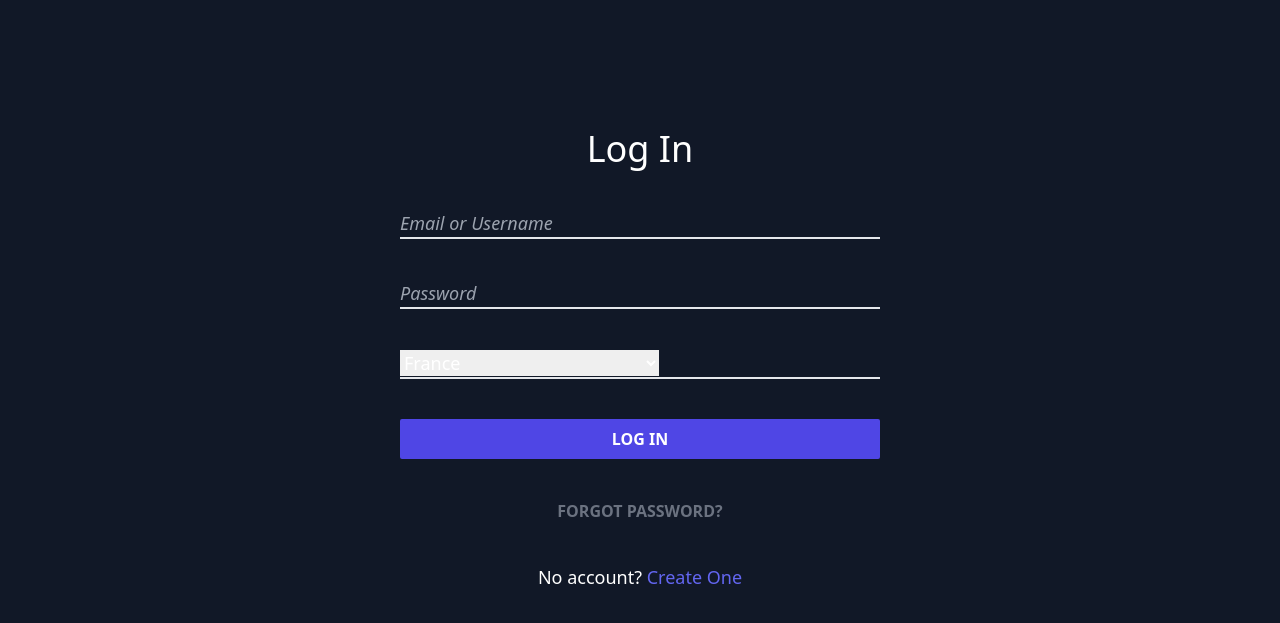
Repository: Marcos-MEDENOU/eclipse-workspace
Page: http://localhost/user_managment/ajout
These files come from the project's save history. The page is drawn as it stood at one moment and after the next save; the edit follows.
The browser window is 1280 px wide. The pictures show the whole page.
Some web libraries are served in a nearby version. The page is served by Tomcat 9. Other server files are loaded and not shown.

Above is the page before, as saved 2023-03-22 16:07:00.

### user_managment/src/main/webapp/WEB-INF/insertUser.jsp
<%@ page language="java" contentType="text/html; charset=ISO-8859-1"
    pageEncoding="ISO-8859-1"%>
<!DOCTYPE html>
<html>
<head>
<meta charset="ISO-8859-1">
<title>Insert title here</title>
</head>
<body>
<!-- page -->
<main
  class="mx-auto flex min-h-screen w-full items-center justify-center bg-gray-900 text-white"
>
  <!-- component -->
  <section class="flex w-[30rem] flex-col space-y-10">
    <div class="text-center text-4xl font-medium">Log In</div>

    <div
      class="w-full transform border-b-2 bg-transparent text-lg duration-300 focus-within:border-indigo-500"
    >
      <input
        type="text"
        placeholder="Email or Username"
        class="w-full border-none bg-transparent outline-none placeholder:italic focus:outline-none"
      />
    </div>

    <div
      class="w-full transform border-b-2 bg-transparent text-lg duration-300 focus-within:border-indigo-500"
    >
      <input
        type="password"
        placeholder="Password"
        class="w-full border-none bg-transparent outline-none placeholder:italic focus:outline-none"
      />
    </div>

 <div
      class="w-full transform border-b-2 bgblack text-lg duration-300 focus-within:border-indigo-500"
    >
      <select name="pays">
<option value="France" selected="selected">France </option>

<option value="Afghanistan">Afghanistan </option>
<option value="Afrique_Centrale">Afrique_Centrale </option>
<option value="Afrique_du_sud">Afrique_du_Sud </option>
<option value="Albanie">Albanie </option>
<option value="Algerie">Algerie </option>
<option value="Allemagne">Allemagne </option>
<option value="Andorre">Andorre </option>
<option value="Angola">Angola </option>
<option value="Anguilla">Anguilla </option>
<option value="Arabie_Saoudite">Arabie_Saoudite </option>
<option value="Argentine">Argentine </option>
<option value="Armenie">Armenie </option>
<option value="Australie">Australie </option>
<option value="Autriche">Autriche </option>
<option value="Azerbaidjan">Azerbaidjan </option>

<option value="Bahamas">Bahamas </option>
<option value="Bangladesh">Bangladesh </option>
<option value="Barbade">Barbade </option>
<option value="Bahrein">Bahrein </option>
<option value="Belgique">Belgique </option>
<option value="Belize">Belize </option>
<option value="Benin">Benin </option>
<option value="Bermudes">Bermudes </option>
<option value="Bielorussie">Bielorussie </option>
<option value="Bolivie">Bolivie </option>
<option value="Botswana">Botswana </option>
<option value="Bhoutan">Bhoutan </option>
<option value="Boznie_Herzegovine">Boznie_Herzegovine </option>
<option value="Bresil">Bresil </option>
<option value="Brunei">Brunei </option>
<option value="Bulgarie">Bulgarie </option>
<option value="Burkina_Faso">Burkina_Faso </option>
<option value="Burundi">Burundi </option>

<option value="Caiman">Caiman </option>
<option value="Cambodge">Cambodge </option>
<option value="Cameroun">Cameroun </option>
<option value="Canada">Canada </option>
<option value="Canaries">Canaries </option>
<option value="Cap_vert">Cap_Vert </option>
<option value="Chili">Chili </option>
<option value="Chine">Chine </option>
<option value="Chypre">Chypre </option>
<option value="Colombie">Colombie </option>
<option value="Comores">Colombie </option>
<option value="Congo">Congo </option>
<option value="Congo_democratique">Congo_democratique </option>
<option value="Cook">Cook </option>
<option value="Coree_du_Nord">Coree_du_Nord </option>
<option value="Coree_du_Sud">Coree_du_Sud </option>
<option value="Costa_Rica">Costa_Rica </option>
<option value="Cote_d_Ivoire">Côte_d_Ivoire </option>
<option value="Croatie">Croatie </option>
<option value="Cuba">Cuba </option>

<option value="Danemark">Danemark </option>
<option value="Djibouti">Djibouti </option>
<option value="Dominique">Dominique </option>

<option value="Egypte">Egypte </option>
<option value="Emirats_Arabes_Unis">Emirats_Arabes_Unis </option>
<option value="Equateur">Equateur </option>
<option value="Erythree">Erythree </option>
<option value="Espagne">Espagne </option>
<option value="Estonie">Estonie </option>
<option value="Etats_Unis">Etats_Unis </option>
<option value="Ethiopie">Ethiopie </option>

<option value="Falkland">Falkland </option>
<option value="Feroe">Feroe </option>
<option value="Fidji">Fidji </option>
<option value="Finlande">Finlande </option>
<option value="France">France </option>

<option value="Gabon">Gabon </option>
<option value="Gambie">Gambie </option>
<option value="Georgie">Georgie </option>
<option value="Ghana">Ghana </option>
<option value="Gibraltar">Gibraltar </option>
<option value="Grece">Grece </option>
<option value="Grenade">Grenade </option>
<option value="Groenland">Groenland </option>
<option value="Guadeloupe">Guadeloupe </option>
<option value="Guam">Guam </option>
<option value="Guatemala">Guatemala</option>
<option value="Guernesey">Guernesey </option>
<option value="Guinee">Guinee </option>
<option value="Guinee_Bissau">Guinee_Bissau </option>
<option value="Guinee equatoriale">Guinee_Equatoriale </option>
<option value="Guyana">Guyana </option>
<option value="Guyane_Francaise ">Guyane_Francaise </option>

<option value="Haiti">Haiti </option>
<option value="Hawaii">Hawaii </option>
<option value="Honduras">Honduras </option>
<option value="Hong_Kong">Hong_Kong </option>
<option value="Hongrie">Hongrie </option>

<option value="Inde">Inde </option>
<option value="Indonesie">Indonesie </option>
<option value="Iran">Iran </option>
<option value="Iraq">Iraq </option>
<option value="Irlande">Irlande </option>
<option value="Islande">Islande </option>
<option value="Israel">Israel </option>
<option value="Italie">italie </option>

<option value="Jamaique">Jamaique </option>
<option value="Jan Mayen">Jan Mayen </option>
<option value="Japon">Japon </option>
<option value="Jersey">Jersey </option>
<option value="Jordanie">Jordanie </option>

<option value="Kazakhstan">Kazakhstan </option>
<option value="Kenya">Kenya </option>
<option value="Kirghizstan">Kirghizistan </option>
<option value="Kiribati">Kiribati </option>
<option value="Koweit">Koweit </option>

<option value="Laos">Laos </option>
<option value="Lesotho">Lesotho </option>
<option value="Lettonie">Lettonie </option>
<option value="Liban">Liban </option>
<option value="Liberia">Liberia </option>
<option value="Liechtenstein">Liechtenstein </option>
<option value="Lituanie">Lituanie </option>
<option value="Luxembourg">Luxembourg </option>
<option value="Lybie">Lybie </option>

<option value="Macao">Macao </option>
<option value="Macedoine">Macedoine </option>
<option value="Madagascar">Madagascar </option>
<option value="Madère">Madère </option>
<option value="Malaisie">Malaisie </option>
<option value="Malawi">Malawi </option>
<option value="Maldives">Maldives </option>
<option value="Mali">Mali </option>
<option value="Malte">Malte </option>
<option value="Man">Man </option>
<option value="Mariannes du Nord">Mariannes du Nord </option>
<option value="Maroc">Maroc </option>
<option value="Marshall">Marshall </option>
<option value="Martinique">Martinique </option>
<option value="Maurice">Maurice </option>
<option value="Mauritanie">Mauritanie </option>
<option value="Mayotte">Mayotte </option>
<option value="Mexique">Mexique </option>
<option value="Micronesie">Micronesie </option>
<option value="Midway">Midway </option>
<option value="Moldavie">Moldavie </option>
<option value="Monaco">Monaco </option>
<option value="Mongolie">Mongolie </option>
<option value="Montserrat">Montserrat </option>
<option value="Mozambique">Mozambique </option>

<option value="Namibie">Namibie </option>
<option value="Nauru">Nauru </option>
<option value="Nepal">Nepal </option>
<option value="Nicaragua">Nicaragua </option>
<option value="Niger">Niger </option>
<option value="Nigeria">Nigeria </option>
<option value="Niue">Niue </option>
<option value="Norfolk">Norfolk </option>
<option value="Norvege">Norvege </option>
<option value="Nouvelle_Caledonie">Nouvelle_Caledonie </option>
<option value="Nouvelle_Zelande">Nouvelle_Zelande </option>

<option value="Oman">Oman </option>
<option value="Ouganda">Ouganda </option>
<option value="Ouzbekistan">Ouzbekistan </option>

<option value="Pakistan">Pakistan </option>
<option value="Palau">Palau </option>
<option value="Palestine">Palestine </option>
<option value="Panama">Panama </option>
<option value="Papouasie_Nouvelle_Guinee">Papouasie_Nouvelle_Guinee </option>
<option value="Paraguay">Paraguay </option>
<option value="Pays_Bas">Pays_Bas </option>
<option value="Perou">Perou </option>
<option value="Philippines">Philippines </option>
<option value="Pologne">Pologne </option>
<option value="Polynesie">Polynesie </option>
<option value="Porto_Rico">Porto_Rico </option>
<option value="Portugal">Portugal </option>

<option value="Qatar">Qatar </option>

<option value="Republique_Dominicaine">Republique_Dominicaine </option>
<option value="Republique_Tcheque">Republique_Tcheque </option>
<option value="Reunion">Reunion </option>
<option value="Roumanie">Roumanie </option>
<option value="Royaume_Uni">Royaume_Uni </option>
<option value="Russie">Russie </option>
<option value="Rwanda">Rwanda </option>

<option value="Sahara Occidental">Sahara Occidental </option>
<option value="Sainte_Lucie">Sainte_Lucie </option>
<option value="Saint_Marin">Saint_Marin </option>
<option value="Salomon">Salomon </option>
<option value="Salvador">Salvador </option>
<option value="Samoa_Occidentales">Samoa_Occidentales</option>
<option value="Samoa_Americaine">Samoa_Americaine </option>
<option value="Sao_Tome_et_Principe">Sao_Tome_et_Principe </option>
<option value="Senegal">Senegal </option>
<option value="Seychelles">Seychelles </option>
<option value="Sierra Leone">Sierra Leone </option>
<option value="Singapour">Singapour </option>
<option value="Slovaquie">Slovaquie </option>
<option value="Slovenie">Slovenie</option>
<option value="Somalie">Somalie </option>
<option value="Soudan">Soudan </option>
<option value="Sri_Lanka">Sri_Lanka </option>
<option value="Suede">Suede </option>
<option value="Suisse">Suisse </option>
<option value="Surinam">Surinam </option>
<option value="Swaziland">Swaziland </option>
<option value="Syrie">Syrie </option>

<option value="Tadjikistan">Tadjikistan </option>
<option value="Taiwan">Taiwan </option>
<option value="Tonga">Tonga </option>
<option value="Tanzanie">Tanzanie </option>
<option value="Tchad">Tchad </option>
<option value="Thailande">Thailande </option>
<option value="Tibet">Tibet </option>
<option value="Timor_Oriental">Timor_Oriental </option>
<option value="Togo">Togo </option>
<option value="Trinite_et_Tobago">Trinite_et_Tobago </option>
<option value="Tristan da cunha">Tristan de cuncha </option>
<option value="Tunisie">Tunisie </option>
<option value="Turkmenistan">Turmenistan </option>
<option value="Turquie">Turquie </option>

<option value="Ukraine">Ukraine </option>
<option value="Uruguay">Uruguay </option>

<option value="Vanuatu">Vanuatu </option>
<option value="Vatican">Vatican </option>
<option value="Venezuela">Venezuela </option>
<option value="Vierges_Americaines">Vierges_Americaines </option>
<option value="Vierges_Britanniques">Vierges_Britanniques </option>
<option value="Vietnam">Vietnam </option>

<option value="Wake">Wake </option>
<option value="Wallis et Futuma">Wallis et Futuma </option>

<option value="Yemen">Yemen </option>
<option value="Yougoslavie">Yougoslavie </option>

<option value="Zambie">Zambie </option>
<option value="Zimbabwe">Zimbabwe </option>

</select>
    </div>
    <button
      class="transform rounded-sm bg-indigo-600 py-2 font-bold duration-300 hover:bg-indigo-400"
    >
      LOG IN
    </button>

    <a
      href="#"
      class="transform text-center font-semibold text-gray-500 duration-300 hover:text-gray-300"
      >FORGOT PASSWORD?</a
    >

    <p class="text-center text-lg">
      No account?
      <a
        href="#"
        class="font-medium text-indigo-500 underline-offset-4 hover:underline"
        >Create One</a
      >
    </p>
  </section>
  <script src="https://cdn.tailwindcss.com"></script>
</main>
</body>
</html>

### user_managment/src/main/java/bj/highfive/usermanagment/web/AddServlet.java
package bj.highfive.usermanagment.web;

import java.io.IOException;
import javax.servlet.ServletException;
import javax.servlet.http.HttpServlet;
import javax.servlet.http.HttpServletRequest;
import javax.servlet.http.HttpServletResponse;

/**
 * Servlet implementation class AddServlet
 */
public class AddServlet extends HttpServlet {
	private static final long serialVersionUID = 1L;

    /**
     * @see HttpServlet#HttpServlet()
     */
    public AddServlet() {
        super();
        // TODO Auto-generated constructor stub
    }

	/**
	 * @see HttpServlet#doGet(HttpServletRequest request, HttpServletResponse response)
	 */
	protected void doGet(HttpServletRequest request, HttpServletResponse response) throws ServletException, IOException {
		// TODO Auto-generated method stub
		request.getServletContext().getRequestDispatcher("/WEB-INF/insertUser.jsp").forward(request, response);
	}

	/**
	 * @see HttpServlet#doPost(HttpServletRequest request, HttpServletResponse response)
	 */
	protected void doPost(HttpServletRequest request, HttpServletResponse response) throws ServletException, IOException {
		// TODO Auto-generated method stub
		doGet(request, response);
	}

}

After the next save:
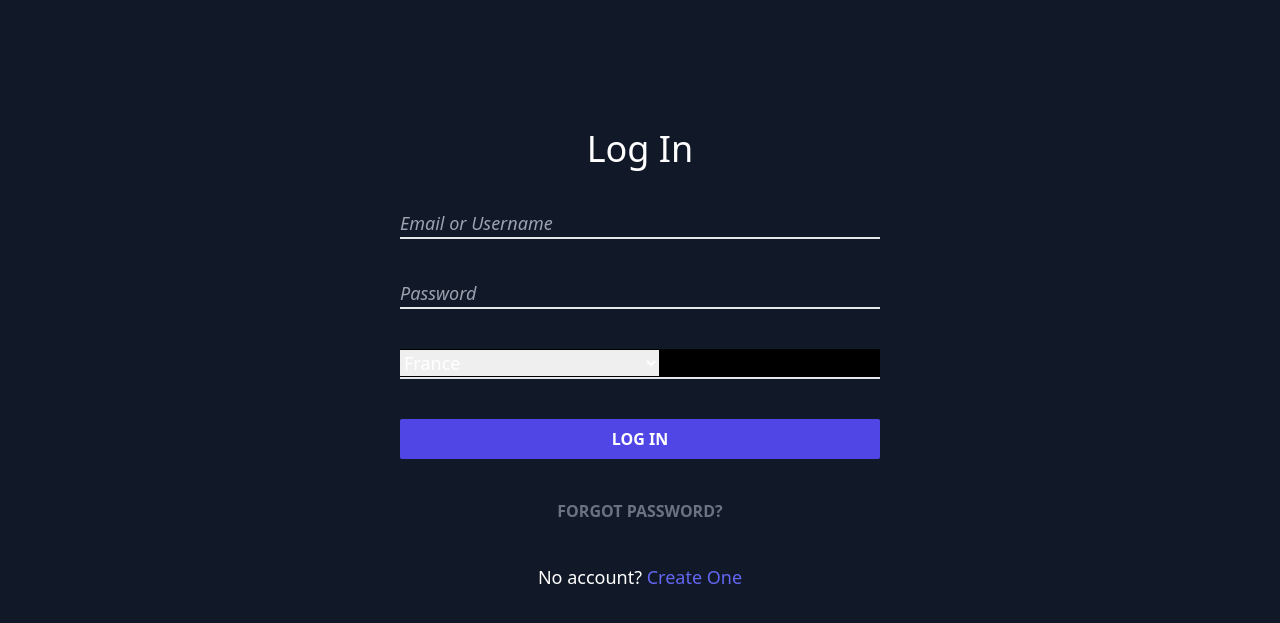
Saved 4 s later.
--- a/user_managment/src/main/webapp/WEB-INF/insertUser.jsp
+++ b/user_managment/src/main/webapp/WEB-INF/insertUser.jsp
@@ -36,7 +36,7 @@
     </div>
 
  <div
-      class="w-full transform border-b-2 bgblack text-lg duration-300 focus-within:border-indigo-500"
+      class="w-full transform border-b-2 bg-black text-lg duration-300 focus-within:border-indigo-500"
     >
       <select name="pays">
 <option value="France" selected="selected">France </option>
